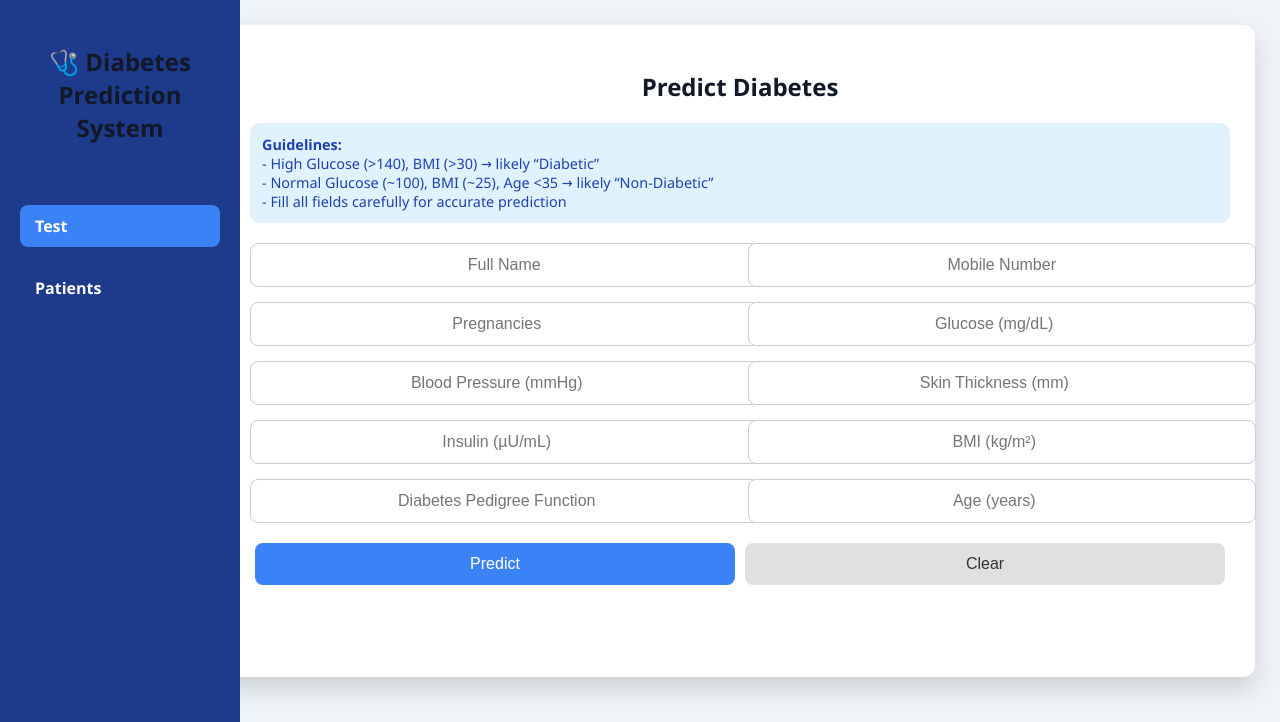
Repository: Aman14150/diabetes-prediction-system
Page: http://localhost/
These files come from the project's save history. The page is drawn as it stood at one moment and after the next save; the edit follows.
The browser window is 1280 px wide. The pictures show the whole page.
The page is served by the project's application, run on Flask 3 (app.py).

Above is the page before, as saved 2025-10-07 19:56:04.

After the next save:
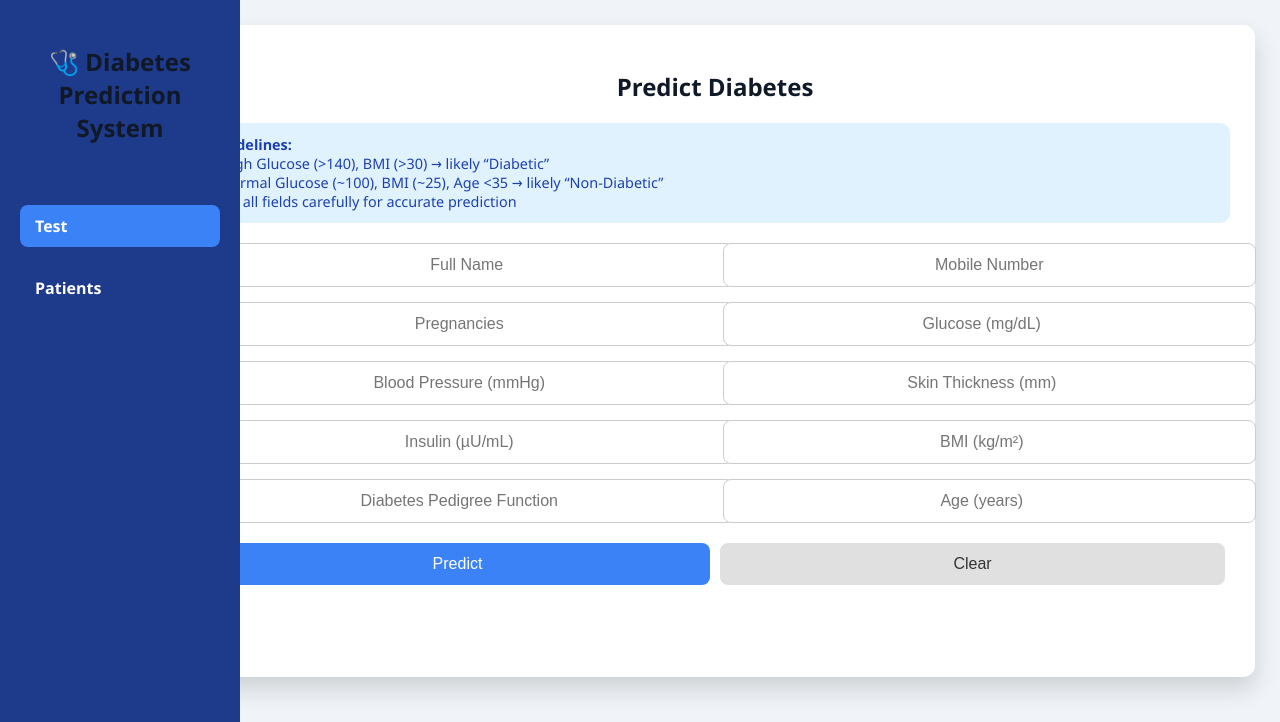
Saved 64 s later.
--- a/static/style.css
+++ b/static/style.css
@@ -57,7 +57,7 @@ body {
 
 .content {
      flex: 1;
-    margin-left: 200px;
+    margin-left: 150px;
     padding: 25px;
     background: #f0f4f8;
 }
